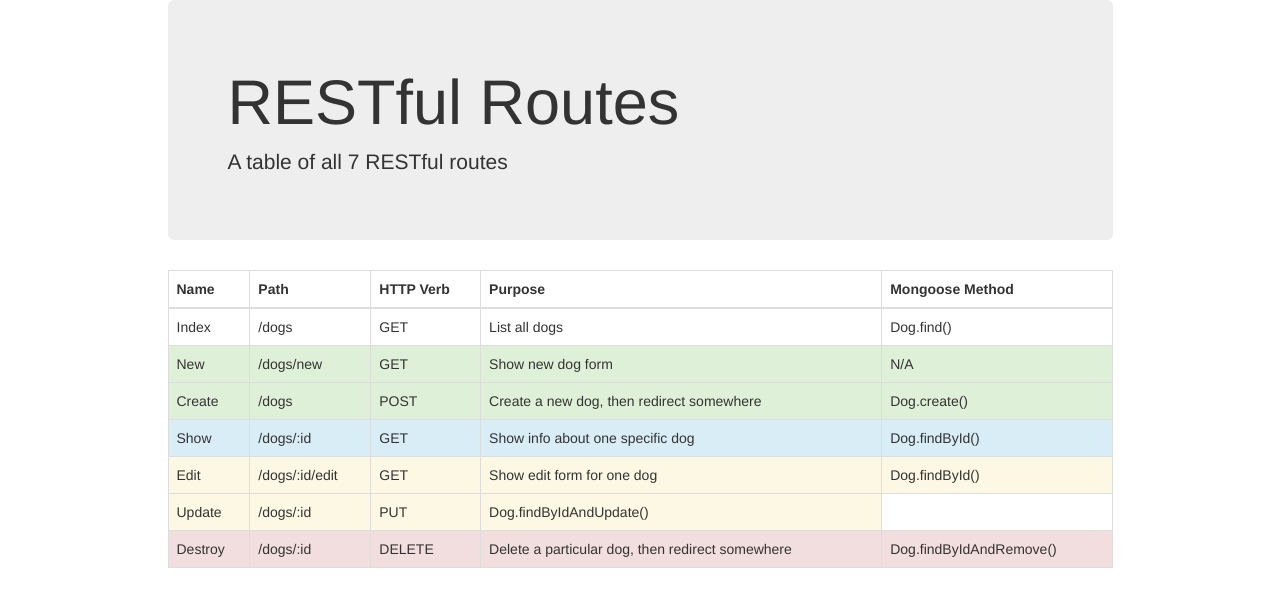
Repository: nax3t/webdevbootcamp
Page: RESTful Routing/chart.html
The author's editor kept a record of every edit. The page is drawn from the files as they stood at one moment, then again after the next edit.
The browser window is 1280 px wide. The pictures show the whole page.

Above is the page before.

### RESTful Routing/chart.html
<!DOCTYPE html>
<html>
<head>
	<title>RESTful Routes</title>
<!-- 	<link rel="stylesheet" type="text/css" href="bootstrap.css"> -->
	<link rel="stylesheet" type="text/css" href="https://maxcdn.bootstrapcdn.com/bootstrap/3.3.5/css/bootstrap.min.css">

</head>
<body>

	<div class="container">
	<div class="row">
		<div class="col-lg-1"></div>
		<div class="col-lg-10">
			<div class="jumbotron">
				<h1>RESTful Routes</h1>
				<p>A table of all 7 RESTful routes </p>
			</div>
			<table class="table table-hover table-bordered">
			<thead>
				<tr>
					<th>Name</th>
					<th>Path</th>
					<th>HTTP Verb</th>
					<th>Purpose</th>
					<th>Mongoose Method</th>
				</tr>
			</thead>
			<tbody>
				<tr>
					<td>Index</td>
					<td>/dogs</td>
					<td>GET</td>
					<td>List all dogs</td>
					<td>Dog.find()</td>
				</tr>
				<tr class="success">
					<td>New</td>
					<td>/dogs/new</td>
					<td>GET</td>
					<td>Show new dog form</td>
					<td>N/A</td>
				</tr>
				<tr class="success">
					<td>Create</td>
					<td>/dogs</td>
					<td>POST</td>
					<td>Create a new dog, then redirect somewhere</td>
					<td>Dog.create()</td>
				</tr>
				<tr class="info">
					<td>Show</td>
					<td>/dogs/:id</td>
					<td>GET</td>
					<td>Show info about one specific dog</td>
					<td>Dog.findById()</td>
				</tr>
				<tr class="warning">
					<td>Edit</td>
					<td>/dogs/:id/edit</td>
					<td>GET</td>
					<td>Show edit form for one dog</td>
					<td>Dog.findById()</td>
				</tr>
				<tr class="warning">
					<td>Update</td>
					<td>/dogs/:id</td>
					<td>PUT</td>
					<td>Dog.findByIdAndUpdate()</td>
				</tr>
				<tr class="danger">
					<td>Destroy</td>
					<td>/dogs/:id</td>
					<td>DELETE</td>
					<td>Delete a particular dog, then redirect somewhere</td>
					<td>Dog.findByIdAndRemove()</td>
				</tr>
			</tbody>
		</table>
		</div>
		<div class="col-lg-1"></div>
	</div>


	</div>

</body>
</html>

After the next edit:
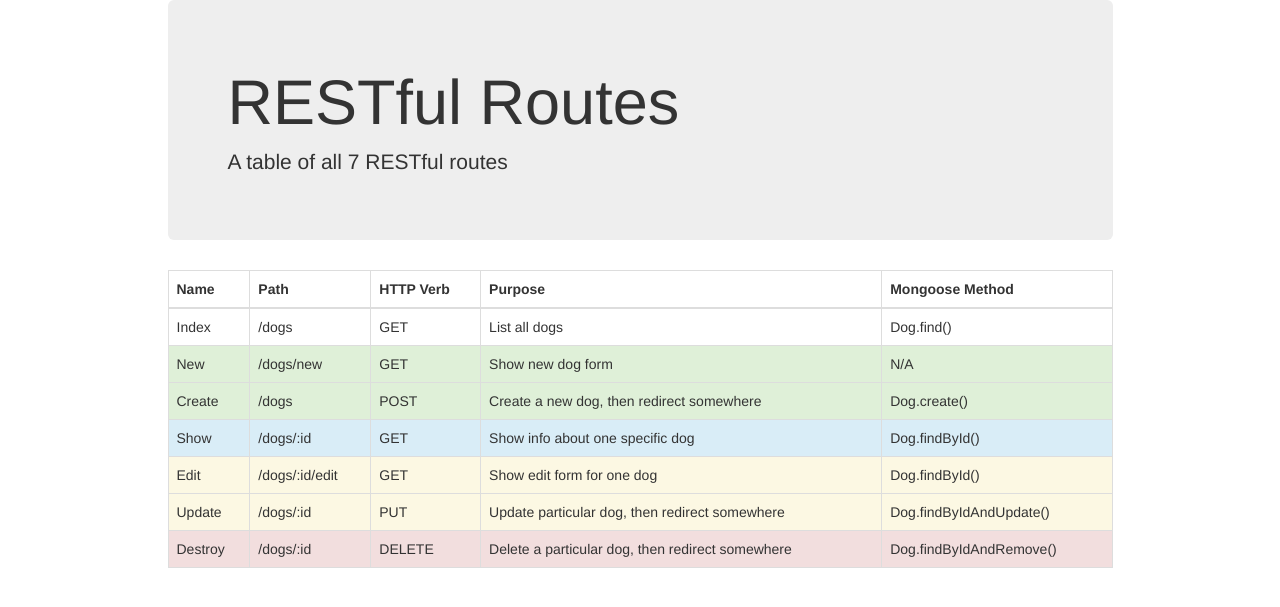
The edit:
--- a/RESTful Routing/chart.html
+++ b/RESTful Routing/chart.html
@@ -66,6 +66,7 @@
 					<td>Update</td>
 					<td>/dogs/:id</td>
 					<td>PUT</td>
+					<td>Update particular dog, then redirect somewhere</td>
 					<td>Dog.findByIdAndUpdate()</td>
 				</tr>
 				<tr class="danger">
